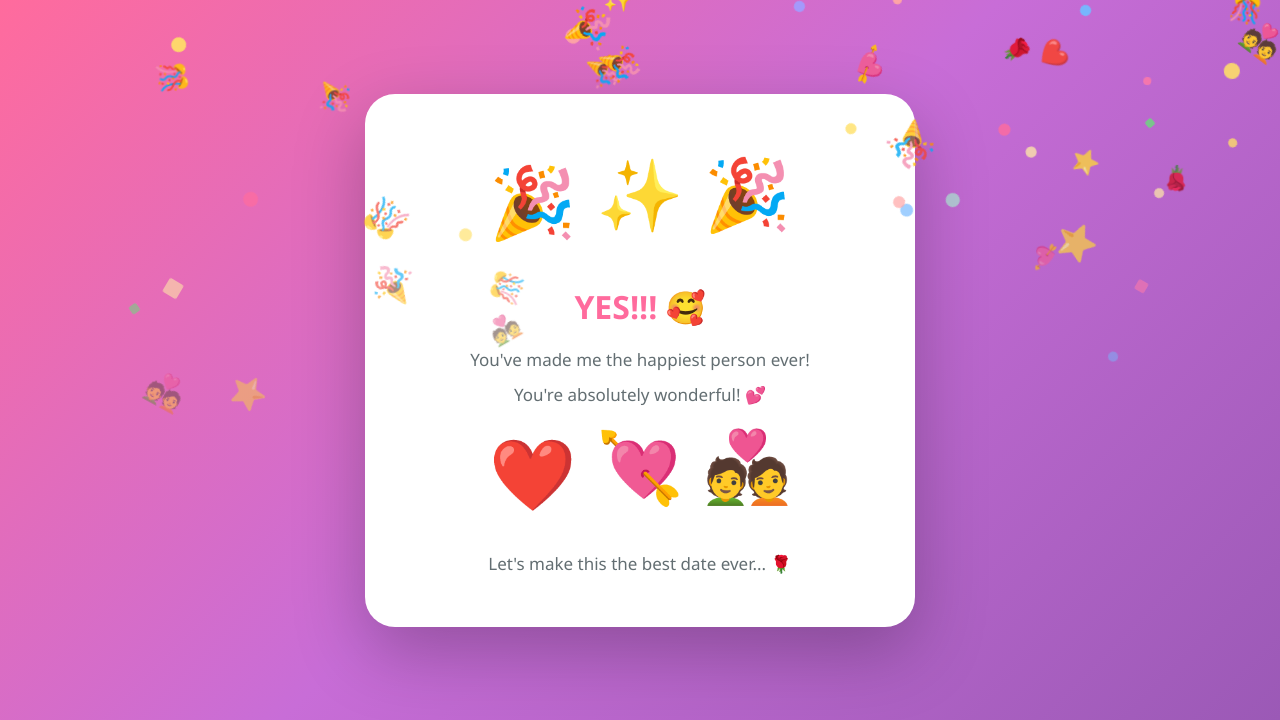
Repository: Cryuis/date-me-website
Page: index.html
These files come from the project's save history. The page is drawn as it stood at one moment and after the next save; the edit follows.
The browser window is 1280 px wide. The pictures show the whole page.
After loading, the first visible `#yesBtn` was clicked once.

Above is the page before, as saved 2026-05-29 17:03:36.

After the next save:
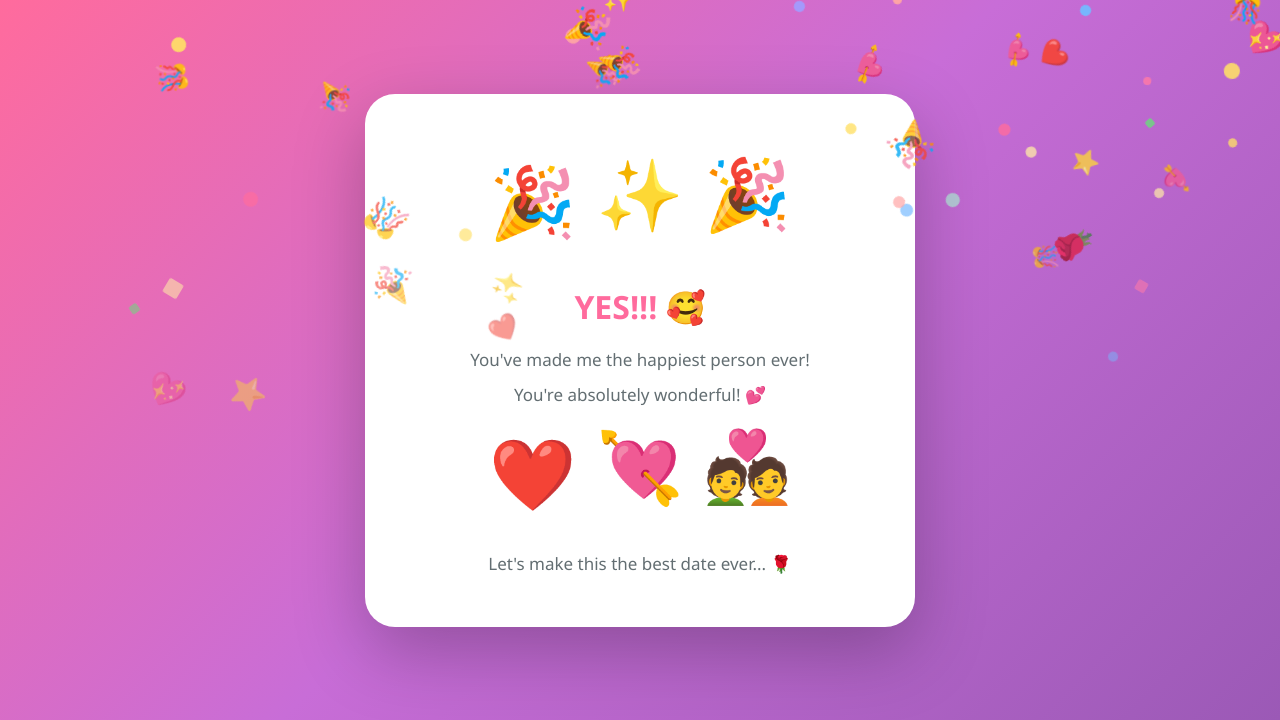
Saved 40 s later.
--- a/index.html
+++ b/index.html
@@ -540,18 +540,7 @@
           "#fd79a8",
           "#ffeaa7",
         ];
-        const emojis = [
-          "🎉",
-          "💕",
-          "✨",
-          "🎊",
-          "💘",
-          "🌹",
-          "⭐",
-          "💖",
-          "💑",
-          "❤️",
-        ];
+        const emojis = ["🎉", "💕", "✨", "🎊", "💘", "🌹", "⭐", "💖", "❤️"];
 
         const confettiCount = 100;
 
